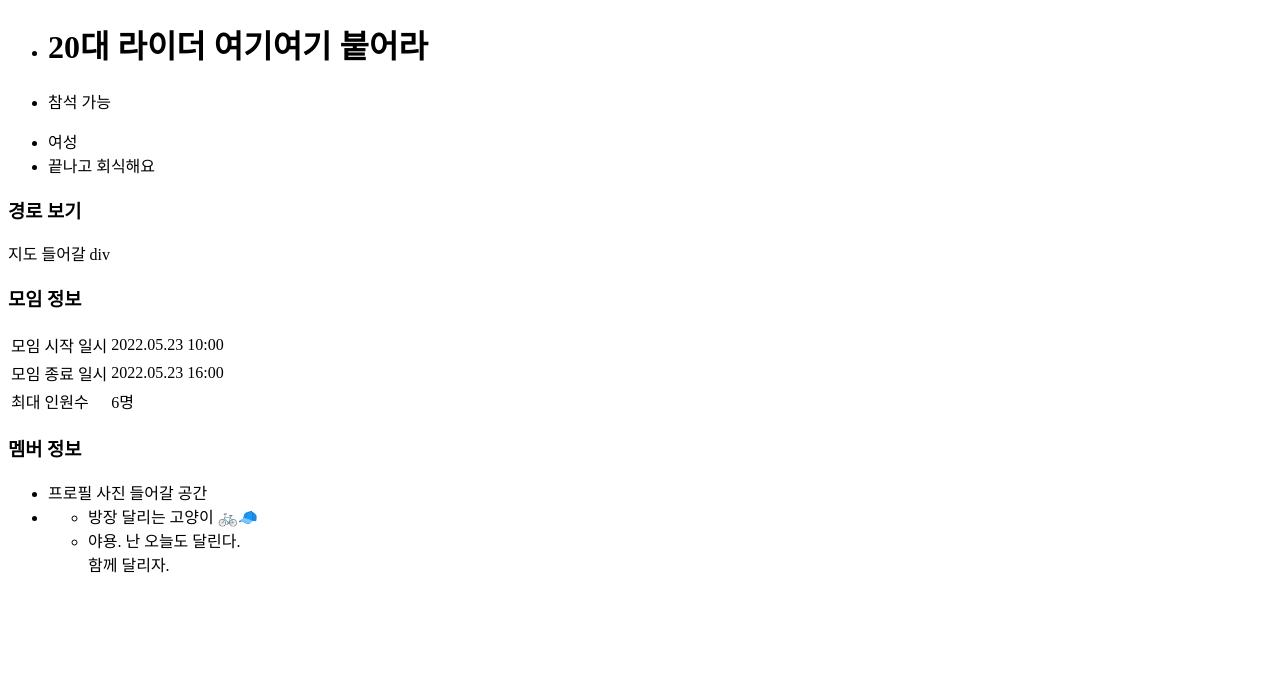
Repository: onpul/TEAM1
Page: http://localhost/Riding/mj/RidingDetail.jsp
These files come from the project's save history. The page is drawn as it stood at one moment and after the next save; the edit follows.
The browser window is 1280 px wide. The pictures show the whole page.
The page is served by Tomcat 9.

Above is the page before, as saved 2022-06-04 10:59:29.

After the next save:
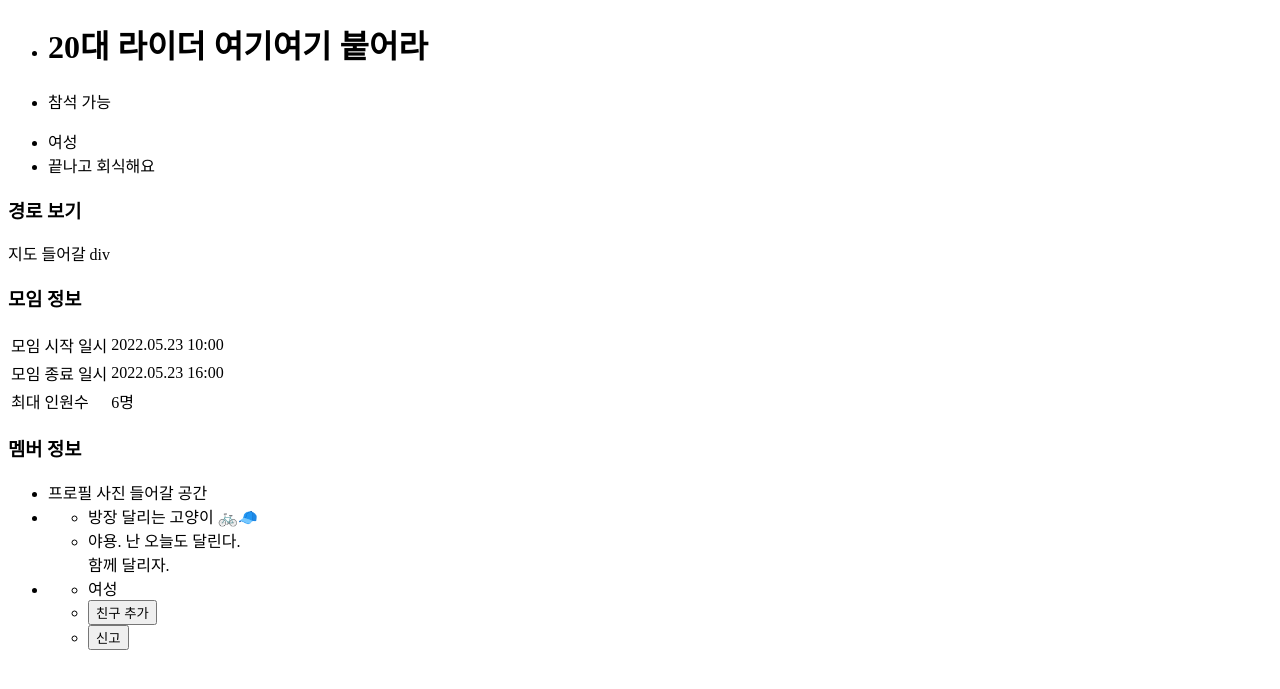
Saved 44 s later.
--- a/Riding/WebContent/mj/RidingDetail.jsp
+++ b/Riding/WebContent/mj/RidingDetail.jsp
@@ -54,6 +54,13 @@
 						<li>야용. 난 오늘도 달린다. <br>함께 달리자.</li>
 					</ul>
 				</li>
+				<li>
+					<ul>
+						<li>여성</li>
+						<li><input type="button" value="친구 추가"/></li>
+						<li><input type="button" value="신고"/></li>
+					</ul>
+				</li>
 			</ul>
 		</div>
 	</div>
